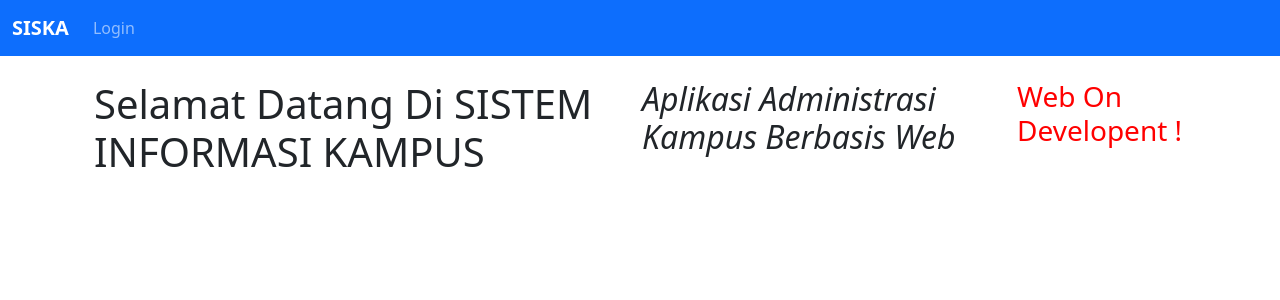
Repository: WiraAtma/administrasi-kampus
Page: http://localhost/
An editor plug-in stored every save of this project. The page is shown before and after the next save, followed by the edit.
The browser window is 1280 px wide. The pictures show the whole page.
The page is served by the project's Laravel application, run on PHP 8.4 with Laravel 12.

Above is the page before, as saved 2024-10-25 15:23:30.

After the next save:
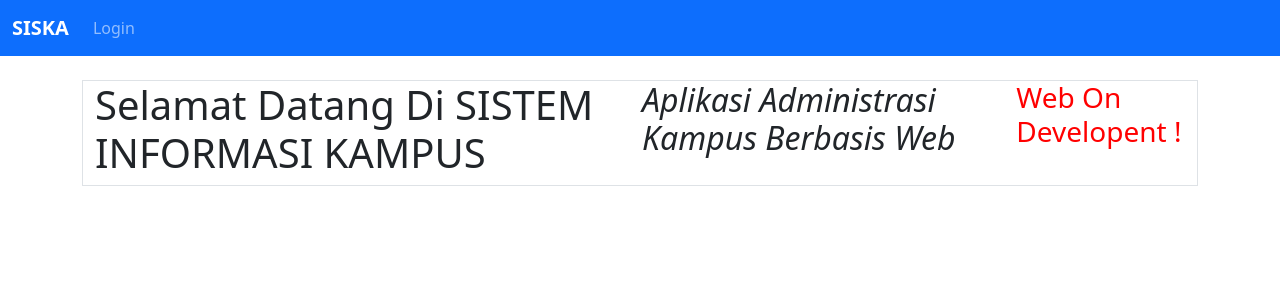
Saved 11 s later.
--- a/resources/views/home.blade.php
+++ b/resources/views/home.blade.php
@@ -3,7 +3,7 @@
 @section('title', 'Beranda')
 
 @section('content')
-<div class="container d-flex ">
+<div class="container d-flex border">
     <h1>Selamat Datang Di SISTEM INFORMASI KAMPUS</h1>
     <h2><i>Aplikasi Administrasi Kampus Berbasis Web</i></h2>
     <h3 style="color: red">Web On Developent !</h3>
